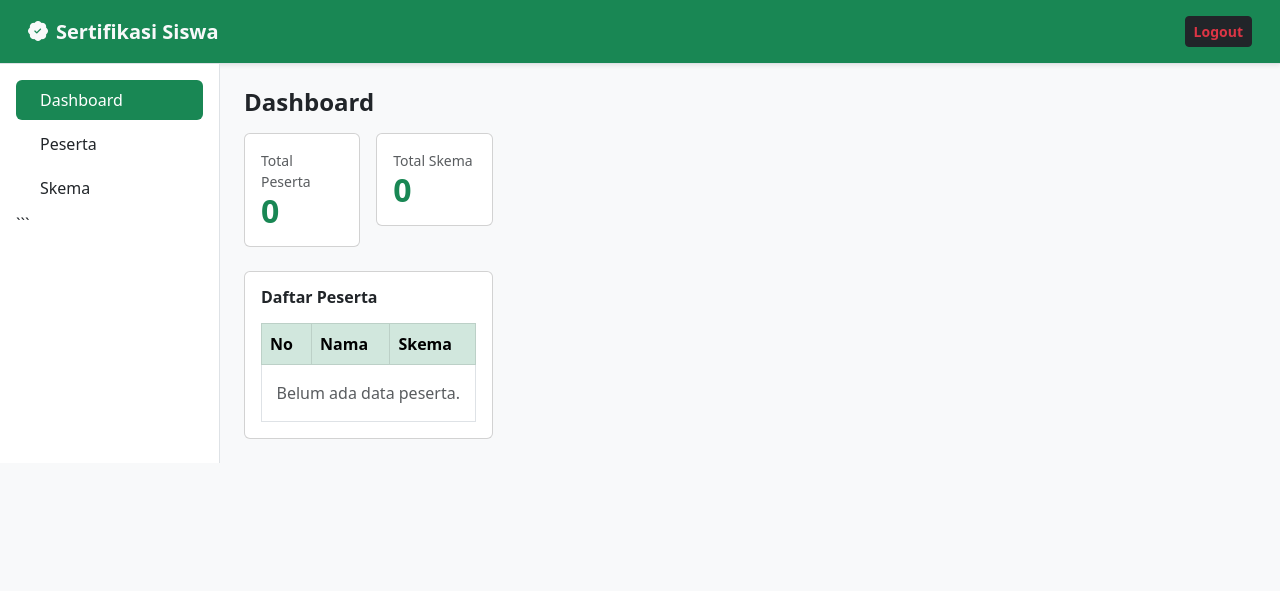
Repository: Zaki-Blip/USK_Project
Page: http://localhost/dashboard
These files come from the project's save history. The page is drawn as it stood at one moment and after the next save; the edit follows.
The browser window is 1280 px wide. The pictures show the whole page.
The page is served by the project's Laravel application, run on PHP 8.4 with Laravel 12. A made-up administrator, Test User (test@example.com), is signed in. Queries for data that is not in the repository find no rows.

Above is the page before, as saved 2026-10-13 20:30:33.

After the next save:
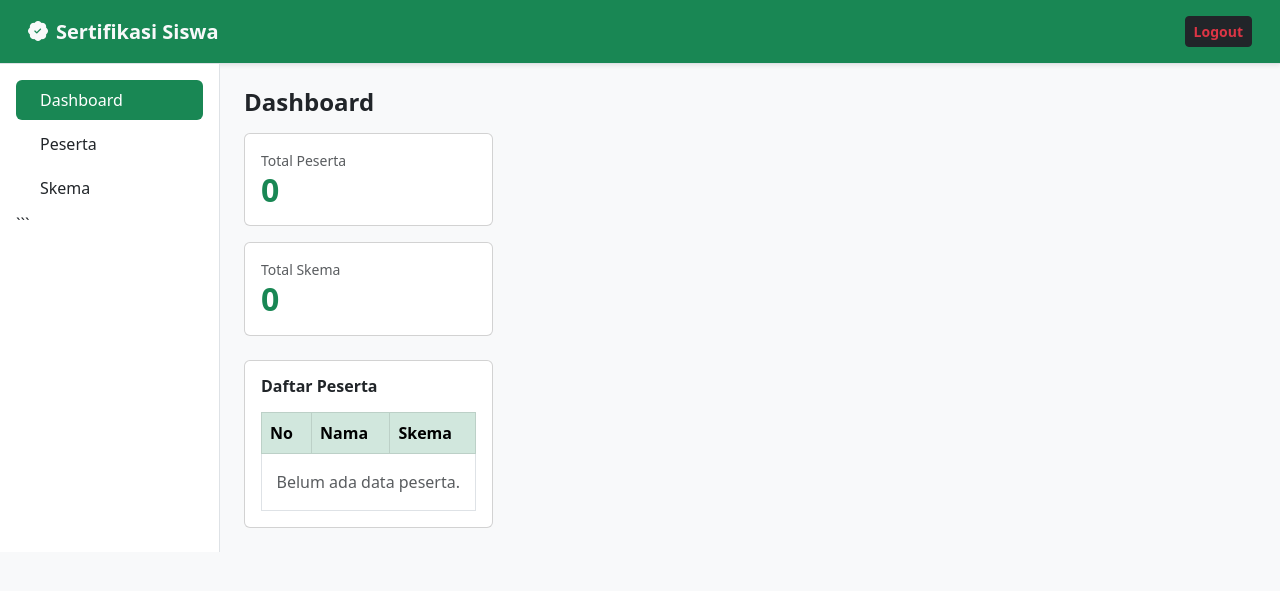
Saved 79 s later.
--- a/resources/views/admin/dashboard.blade.php
+++ b/resources/views/admin/dashboard.blade.php
@@ -5,13 +5,13 @@
 <h4 class="fw-bold mb-3">Dashboard</h4>
 
 <div class="row g-3 mb-4">
-    <div class="col-md-6">
+    <div class="col-12">
         <div class="card p-3">
             <small class="text-muted">Total Peserta</small>
             <h2 class="text-success fw-bold mb-0">{{ $totalPeserta }}</h2>
         </div>
     </div>
-    <div class="col-md-6">
+    <div class="col-12">
         <div class="card p-3">
             <small class="text-muted">Total Skema</small>
             <h2 class="text-success fw-bold mb-0">{{ $totalSkema }}</h2>
